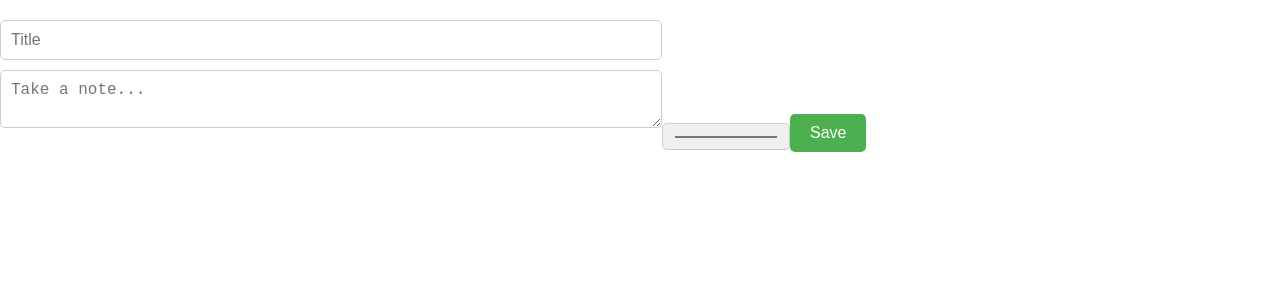
Repository: drumsmanku/google-keep-clone-1
Page: /
The author's editor kept a copy of each file at every save. The page is drawn from the files as they stood at one save, then again after the next save.
The browser window is 1280 px wide. The pictures show the whole page.
The project was rebuilt for these pictures with package versions that can differ from the ones it lists, and the page was loaded fresh each time. Also part of the build but not shown: src/Components/Note.css, src/Components/Note.js, src/App.css.

Above is the page before, as saved 2023-12-22 21:51:48.

After the next save:
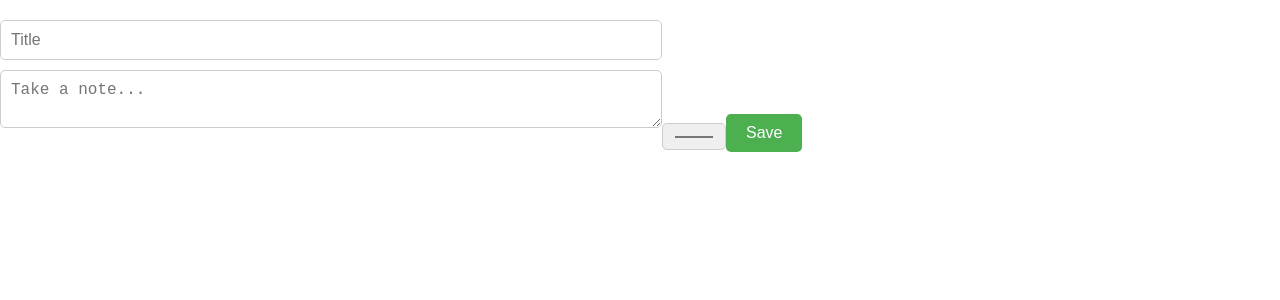
Saved 8 s later.
--- a/src/Components/NoteForm.css
+++ b/src/Components/NoteForm.css
@@ -13,7 +13,7 @@
 }
 
 .note-form input[type='color']{
-  width: 10%;
+  width: 5%;
   padding: 10px;
   margin-bottom: 10px;
   font-size: 16px;
